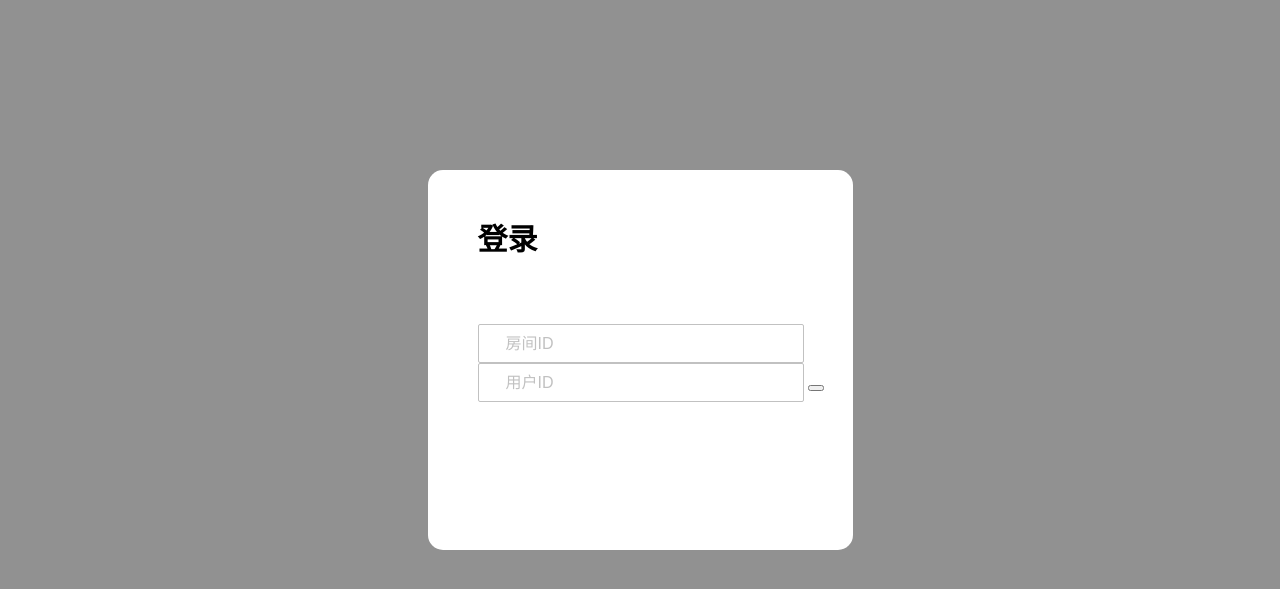
Repository: sjtu-course/homework
Page: GongZening/Week2/Web/LoginPage.html
An editor plug-in stored every save of this project. The page is shown before and after the next save, followed by the edit.
The browser window is 1280 px wide. The pictures show the whole page.

Above is the page before, as saved 2020-11-07 17:10:06.

### GongZening/Week2/Web/LoginPage.html
<!DOCTYPE html>
<html>
    <head>
        <meta charset="utf-8">
        <title>LoginPage</title>
        <style>
            input::-webkit-input-placeholder{
                color:#c1c1c1;
                font-size: 16px;
                padding-left: 25px;
            }
        </style>
        <link rel="stylesheet" type="text/css" href="css/Round_Rect.css" />
        <link rel="stylesheet" type="text/css" href="css/login.css" />
        <link rel="stylesheet" type="text/css" href="css/Edit_Text.css" />
    </head>

    <body style="background-color: #919191;">
        <div id="round_rect">
            <h1 id="login">登录</h1>
            <input type="text" class="edit_text" placeholder="房间ID" style="margin-top: 45px;">
            <input type="text" class="edit_text" placeholder="用户ID" >
            <button ></button>
        </div>
    </body>
</html>

### GongZening/Week2/Web/css/Round_Rect.css
@charset "utf-8";
#round_rect{
	width: 425px;
	height: 380px;
	background-color: white;
	/* 圆角大小 */
	border-radius: 15px;
	/* 位置居中 */
	position: absolute;
	margin: auto;
	top: 0;
	right: 0;
	left: 0;
	bottom: 0;
}

### GongZening/Week2/Web/css/login.css
@charset "utf-8";
#login{
    font-size: 30px;
    color: black;
    margin-top: 45px;
    margin-left: 50px;
}

### GongZening/Week2/Web/css/Edit_Text.css
@charset "utf-8";
.edit_text{
    width: 320px;
    height: 35px;
    margin-left: 50px;
    border-radius: 2px;
    border:1px solid #c1c1c1;
    font-size: 16px;
}

After the next save:
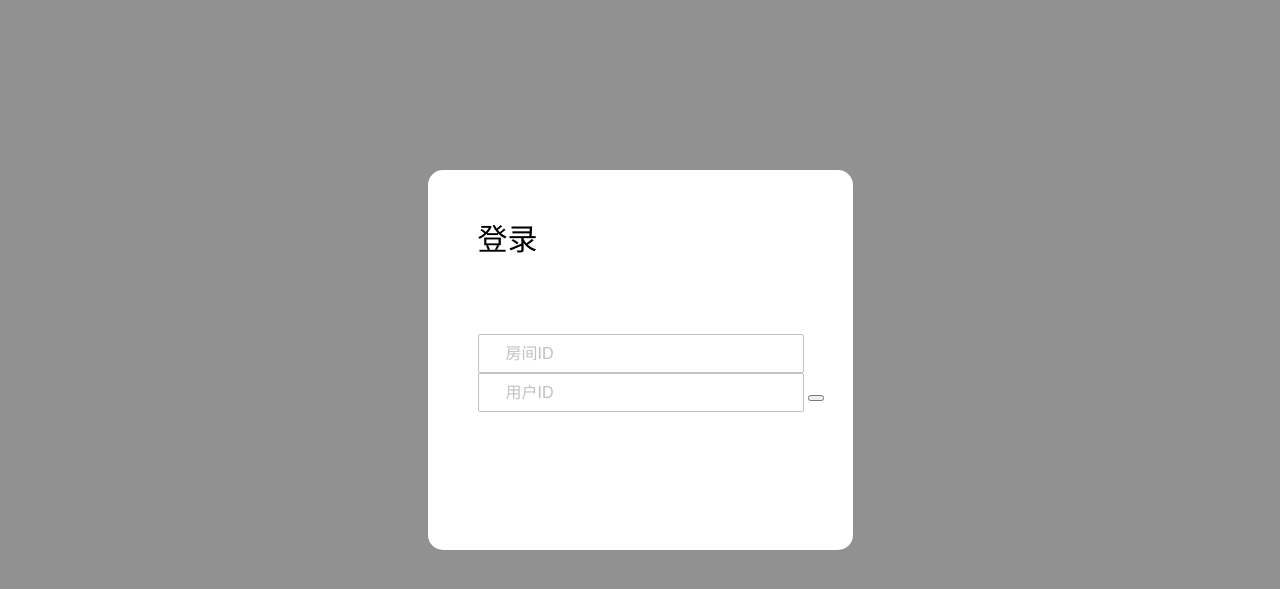
Saved 30 s later.
--- a/GongZening/Week2/Web/LoginPage.html
+++ b/GongZening/Week2/Web/LoginPage.html
@@ -17,7 +17,7 @@
 
     <body style="background-color: #919191;">
         <div id="round_rect">
-            <h1 id="login">登录</h1>
+            <p id="login">登录</p>
             <input type="text" class="edit_text" placeholder="房间ID" style="margin-top: 45px;">
             <input type="text" class="edit_text" placeholder="用户ID" >
             <button ></button>
